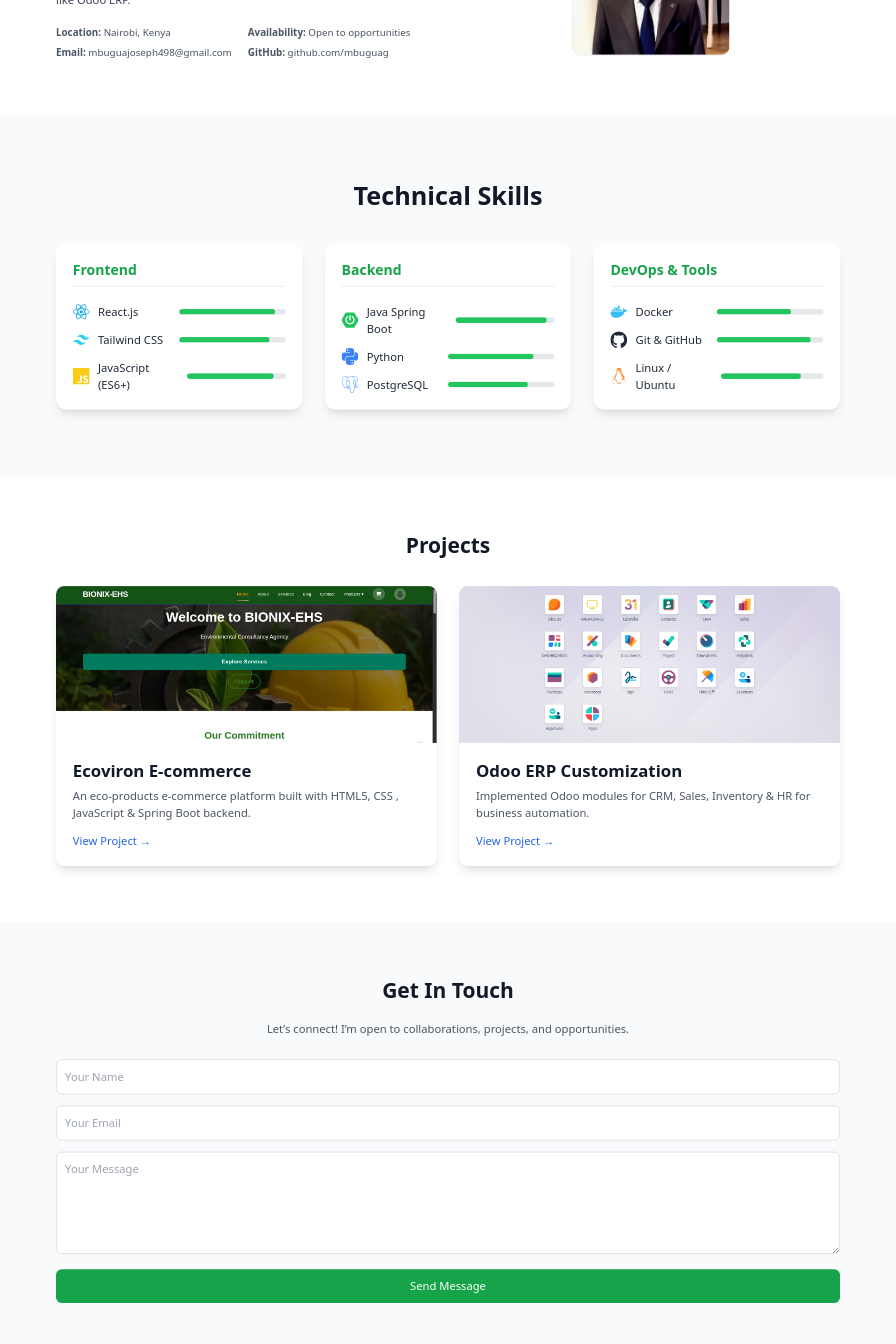
Repository: mbuguag/Portfolio
Page: /
These files come from the project's save history. The page is drawn as it stood at one moment and after the next save; the edit follows.
The browser window is 1280 px wide. The pictures show the part of the page from y = 1016 to 2936 px (the page is 3030 px tall before and 3301 px after), at 70% of full size.
The project was rebuilt for these pictures with package versions that can differ from the ones it lists, and the page was loaded fresh each time. Also part of the build but not shown: vite.config.js.

Above is the page before, as saved 2025-10-24 11:41:49.

After the next save:
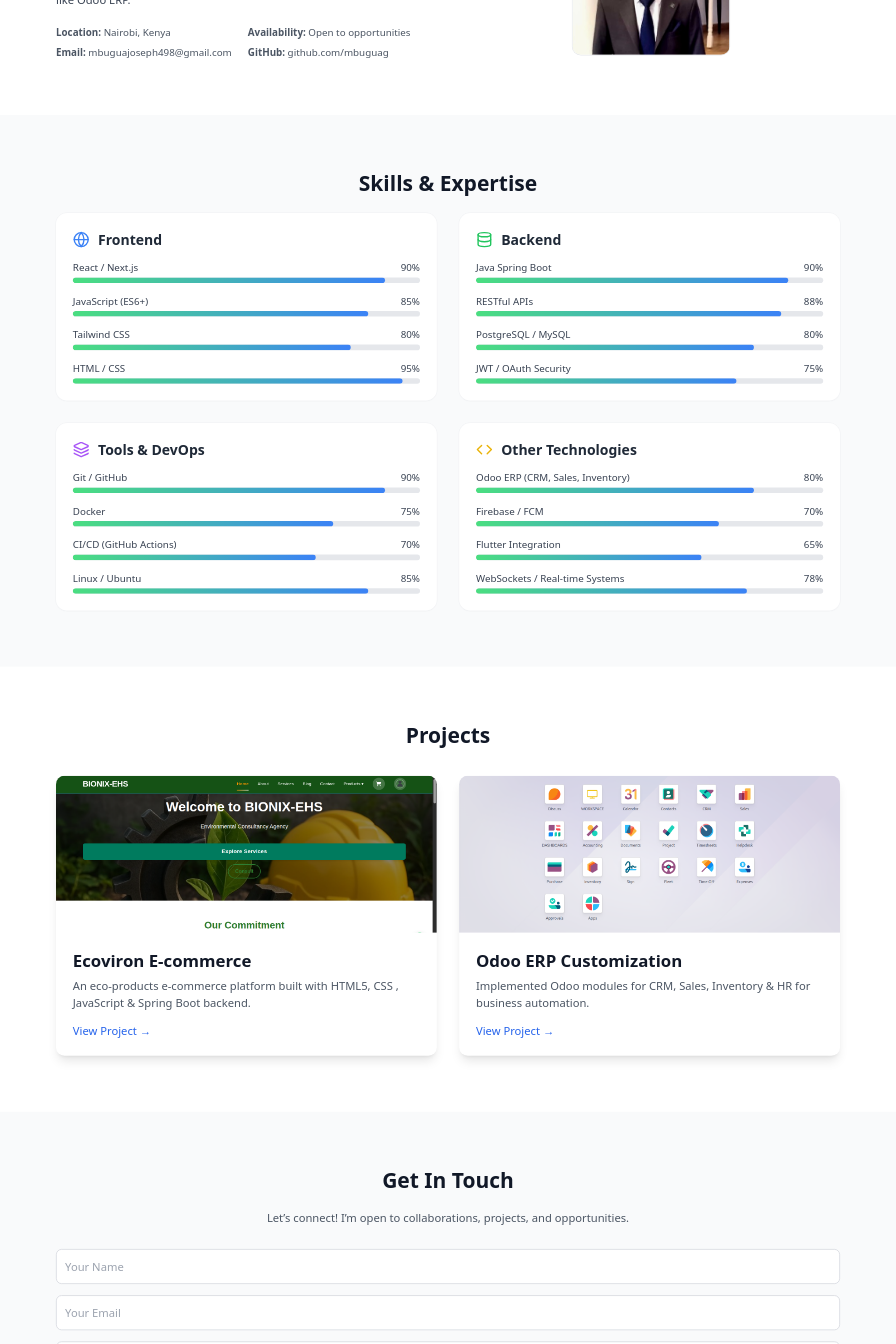
Saved 76 s later.
--- a/src/components/Skills.jsx
+++ b/src/components/Skills.jsx
@@ -1,92 +1,100 @@
 import React from "react";
 import { motion } from "framer-motion";
-import { SiSpringboot, SiReact, SiJavascript, SiTailwindcss, SiPostgresql, SiDocker, SiGithub, SiPython } from "react-icons/si";
-import { FaJava, FaLinux } from "react-icons/fa";
+import { Code, Database, Globe, Layers } from "lucide-react";
 
-const skillCategories = [
+const skillsData = [
   {
-    title: "Frontend",
+    category: "Frontend",
+    icon: <Globe className="w-6 h-6 text-blue-500" />,
     skills: [
-      { name: "React.js", icon: <SiReact className="text-sky-500" />, level: 90 },
-      { name: "Tailwind CSS", icon: <SiTailwindcss className="text-cyan-400" />, level: 85 },
-      { name: "JavaScript (ES6+)", icon: <SiJavascript className="text-yellow-400" />, level: 88 },
+      { name: "React / Next.js", level: 90 },
+      { name: "JavaScript (ES6+)", level: 85 },
+      { name: "Tailwind CSS", level: 80 },
+      { name: "HTML / CSS", level: 95 },
     ],
   },
   {
-    title: "Backend",
+    category: "Backend",
+    icon: <Database className="w-6 h-6 text-green-500" />,
     skills: [
-      { name: "Java Spring Boot", icon: <SiSpringboot className="text-green-500" />, level: 92 },
-      { name: "Python", icon: <SiPython className="text-blue-500" />, level: 80 },
-      { name: "PostgreSQL", icon: <SiPostgresql className="text-blue-400" />, level: 75 },
+      { name: "Java Spring Boot", level: 90 },
+      { name: "RESTful APIs", level: 88 },
+      { name: "PostgreSQL / MySQL", level: 80 },
+      { name: "JWT / OAuth Security", level: 75 },
     ],
   },
   {
-    title: "DevOps & Tools",
+    category: "Tools & DevOps",
+    icon: <Layers className="w-6 h-6 text-purple-500" />,
     skills: [
-      { name: "Docker", icon: <SiDocker className="text-sky-400" />, level: 70 },
-      { name: "Git & GitHub", icon: <SiGithub className="text-gray-800 dark:text-gray-200" />, level: 88 },
-      { name: "Linux / Ubuntu", icon: <FaLinux className="text-orange-400" />, level: 78 },
+      { name: "Git / GitHub", level: 90 },
+      { name: "Docker", level: 75 },
+      { name: "CI/CD (GitHub Actions)", level: 70 },
+      { name: "Linux / Ubuntu", level: 85 },
+    ],
+  },
+  {
+    category: "Other Technologies",
+    icon: <Code className="w-6 h-6 text-yellow-500" />,
+    skills: [
+      { name: "Odoo ERP (CRM, Sales, Inventory)", level: 80 },
+      { name: "Firebase / FCM", level: 70 },
+      { name: "Flutter Integration", level: 65 },
+      { name: "WebSockets / Real-time Systems", level: 78 },
     ],
   },
 ];
 
 export default function Skills() {
   return (
-    <section id="skills" className="py-24 bg-gray-50 dark:bg-gray-900">
-      <div className="container mx-auto px-4 max-w-6xl">
+    <section id="skills" className="py-20 bg-gray-50 dark:bg-gray-950 transition-colors">
+      <div className="container">
         <motion.h2
-          className="text-3xl md:text-4xl font-bold text-center text-gray-900 dark:text-white mb-12"
-          initial={{ opacity: 0, y: 40 }}
+          className="section-title text-center mb-12"
+          initial={{ opacity: 0, y: 20 }}
           whileInView={{ opacity: 1, y: 0 }}
           transition={{ duration: 0.6 }}
           viewport={{ once: true }}
         >
-          Technical Skills
+          Skills & Expertise
         </motion.h2>
 
-        <div className="grid md:grid-cols-3 gap-8">
-          {skillCategories.map((category, i) => (
+        <div className="grid md:grid-cols-2 lg:grid-cols-2 gap-8">
+          {skillsData.map((group, i) => (
             <motion.div
               key={i}
-              className="p-6 rounded-2xl bg-white dark:bg-gray-800 shadow-lg hover:shadow-xl transition-shadow duration-300"
+              className="p-6 rounded-2xl bg-white dark:bg-gray-900 shadow-sm ring-1 ring-gray-100 dark:ring-gray-800"
               initial={{ opacity: 0, y: 40 }}
               whileInView={{ opacity: 1, y: 0 }}
               transition={{ duration: 0.6, delay: i * 0.1 }}
               viewport={{ once: true }}
             >
-              <h3 className="text-xl font-semibold mb-6 text-green-600 dark:text-green-400 border-b border-gray-200 dark:border-gray-700 pb-2">
-                {category.title}
-              </h3>
+              <div className="flex items-center gap-3 mb-4">
+                {group.icon}
+                <h3 className="text-xl font-semibold text-gray-800 dark:text-gray-200">
+                  {group.category}
+                </h3>
+              </div>
 
-              <ul className="space-y-4">
-                {category.skills.map((skill, j) => (
-                  <motion.li
-                    key={j}
-                    className="flex items-center justify-between"
-                    initial={{ opacity: 0 }}
-                    whileInView={{ opacity: 1 }}
-                    transition={{ duration: 0.4, delay: j * 0.15 }}
-                    viewport={{ once: true }}
-                  >
-                    <div className="flex items-center gap-3">
-                      <span className="text-2xl">{skill.icon}</span>
-                      <span className="font-medium text-gray-800 dark:text-gray-200">
-                        {skill.name}
-                      </span>
+              <div className="space-y-4">
+                {group.skills.map((skill, j) => (
+                  <div key={j}>
+                    <div className="flex justify-between mb-1 text-sm text-gray-700 dark:text-gray-300">
+                      <span>{skill.name}</span>
+                      <span>{skill.level}%</span>
                     </div>
-                    <div className="w-1/2 bg-gray-200 dark:bg-gray-700 h-2 rounded-full overflow-hidden ml-4">
+                    <div className="h-2 w-full bg-gray-200 dark:bg-gray-800 rounded-full overflow-hidden">
                       <motion.div
-                        className="bg-green-500 h-full rounded-full"
-                        style={{ width: `${skill.level}%` }}
+                        className="h-full bg-gradient-to-r from-green-400 to-blue-500 rounded-full"
                         initial={{ width: 0 }}
                         whileInView={{ width: `${skill.level}%` }}
-                        transition={{ duration: 1.2, delay: 0.2 }}
+                        transition={{ duration: 1, ease: "easeOut" }}
                         viewport={{ once: true }}
                       />
                     </div>
-                  </motion.li>
+                  </div>
                 ))}
-              </ul>
+              </div>
             </motion.div>
           ))}
         </div>
